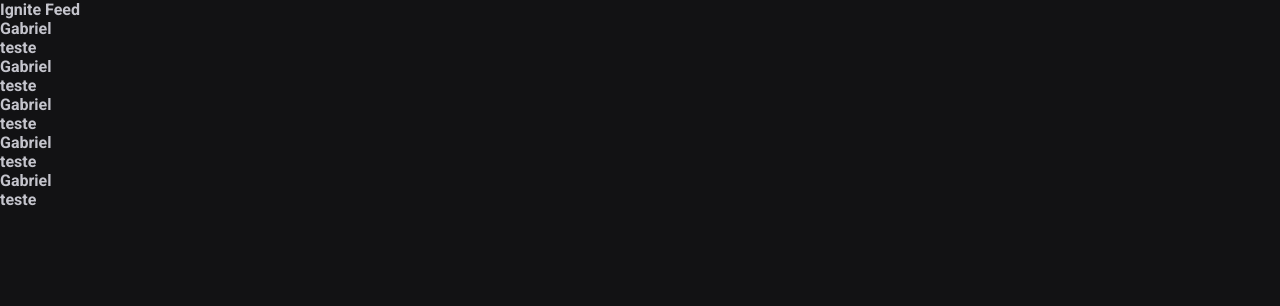
Repository: viniimartins/reactFundamentosRocketseat
Page: /
The author's editor kept a copy of each file at every save. The page is drawn from the files as they stood at one save, then again after the next save.
The browser window is 1280 px wide. The pictures show the whole page.
The project was rebuilt for these pictures with package versions that can differ from the ones it lists, and the page was loaded fresh each time. Also part of the build but not shown: vite.config.js.

Above is the page before, as saved 2023-04-28 15:46:36.

### index.html
<!DOCTYPE html>
<html lang="en">
  <head>
    <meta charset="UTF-8" />

    <link rel="preconnect" href="https://fonts.googleapis.com">
    <link rel="preconnect" href="https://fonts.gstatic.com" crossorigin>

    <link rel="icon" type="image/svg+xml" href="/vite.svg" />
    <meta name="viewport" content="width=device-width, initial-scale=1.0" />


    <link href="https://fonts.googleapis.com/css2?family=Montserrat&family=Roboto:wght@700&display=swap" rel="stylesheet">


    <title>Vite + React</title>
  </head>
  <body>
    <div id="root"></div>
    <script type="module" src="/src/main.jsx"></script>
  </body>
</html>

### src/App.jsx
import { Header } from './Components/Header'
import { Post } from './Post'

import './global.css'


function App() {
  return (
    <>
      <Header />
      <Post
        author="Gabriel"
        content="teste"
      />
      <Post
        author="Gabriel"
        content="teste"
      />
      <Post
        author="Gabriel"
        content="teste"
      />
      <Post
        author="Gabriel"
        content="teste"
      />
      <Post
        author="Gabriel"
        content="teste"
      />
    </>
  )
}

export default App

### src/Components/Header.jsx
import styles from './Header.module.css';


export function Header() {
    return (
        <header>
            <strong>Ignite Feed</strong>
        </header>
    );
}

### src/Post.jsx


export function Post({ author, content }) {
    return (
        <div>
            <strong>{author}</strong>
            <p>{content}</p>
        </div>

    )
}

### src/global.css
:root {
  --white: #fff;

  --gray-100: #e1e1e6;
  --gray-300: #c4c4cc;
  --gray-400: #8d8d99;
  --gray-500: #323238;
  --gray-700: #29292e;
  --gray-800: #202024;
  --gray-900: #121214;

  --green-500: #00875f;
}

* {
  margin: 0;
  padding: 0;
  box-sizing: border-box;
}

body {
  background: var(--gray-900);
  color: var(--gray-300);
  -webkit-font-smoothing: antialiased;
}


body , input , textarea , button {
    font-family: 'Roboto', sans-serif;
    font-weight: 400;
    font-size: 1rem;
}

### src/Components/Header.module.css
.header {
    background: #333;
    height: 80px;
    display: flex;
    justify-content: center;
    padding: 1.25rem 0
}

Loaded but not shown: src/main.jsx (common file)

After the next save:
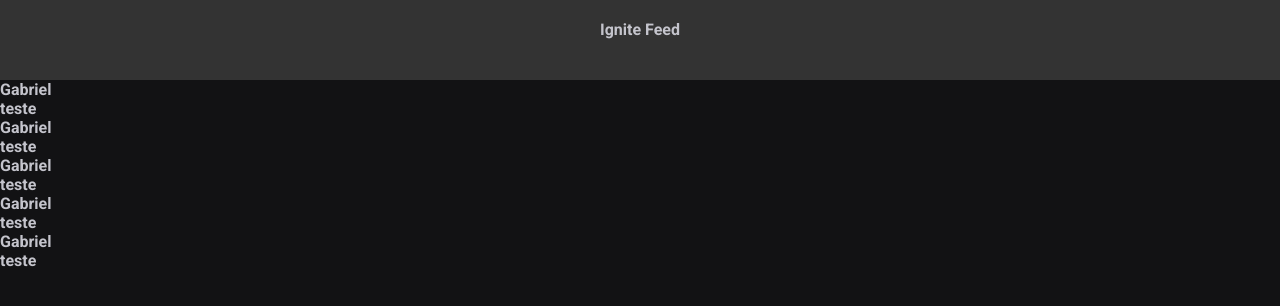
Saved 7 s later.
--- a/src/Components/Header.jsx
+++ b/src/Components/Header.jsx
@@ -3,7 +3,7 @@
 
 export function Header() {
     return (
-        <header>
+        <header className={styles.header}>
             <strong>Ignite Feed</strong>
         </header>
     );
